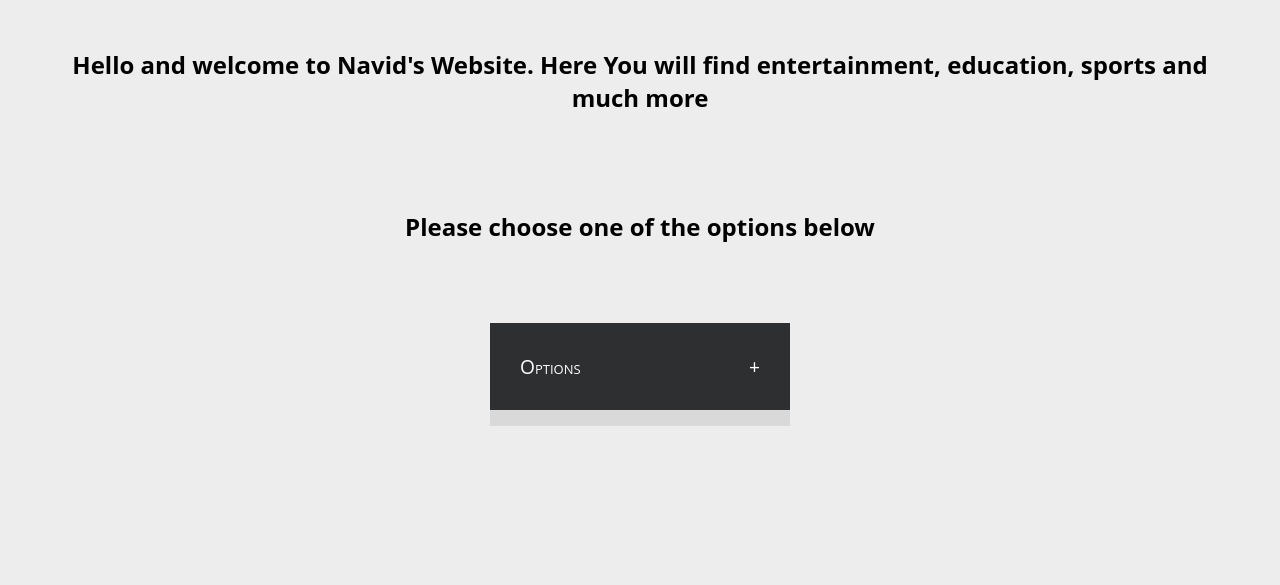
Repository: navid-amini12/capstone-1
Page: index.html
The author's editor kept a copy of each file at every save. The page is drawn from the files as they stood at one save, then again after the next save.
The browser window is 1280 px wide. The pictures show the whole page.

Above is the page before, as saved 2022-05-18 14:49:28.

After the next save:
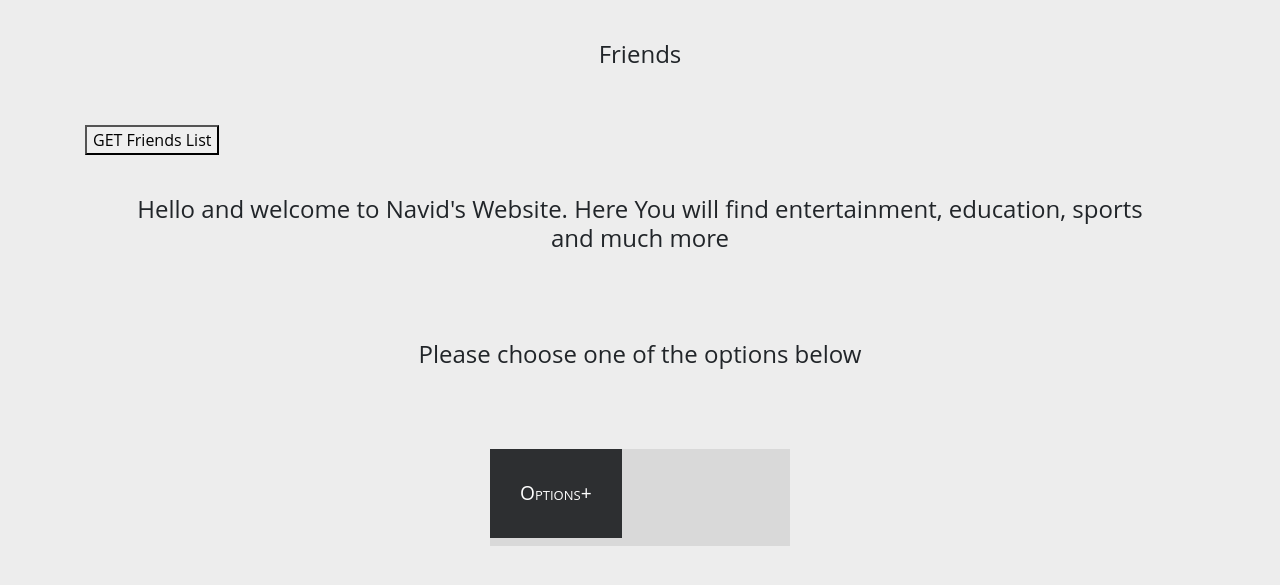
Saved 16 s later.
--- a/index.html
+++ b/index.html
@@ -1,4 +1,42 @@
 
+
+	<!DOCTYPE html>
+	<html>
+	  <head>
+		<title>Back End Web Development</title>
+		<link
+		  rel="stylesheet"
+		  type="text/css"
+		  href="//maxcdn.bootstrapcdn.com/bootstrap/4.3.1/css/bootstrap.min.css"
+		/>
+	  </head>
+	  <body class="container">
+		<h1>Friends</h1>
+		<ul id="people" class=""></ul>
+
+		<button id="button">GET Friends List</button>
+
+		<script src="https://unpkg.com/axios/dist/axios.min.js"></script>
+		<script>
+		  document.getElementById("button").onclick = function () {
+			axios
+			  .get("http://localhost:4000/api/users")
+			  .then(function (response) {
+				const data = response.data;
+				document.getElementById("people").innerHTML = data
+				  .map(function (person) {
+					return '<li class="row">' + person;
+				  })
+				  .join("");
+			  })
+			  .catch(function (err) {
+				document.getElementById("people").innerHTML =
+				  '<li class="text-danger">' + err.message + "</li>";
+			  });
+		  };
+		</script>
+	  </body>
+	</html>
 	<h1>Hello and welcome to Navid's Website. Here You will find entertainment, education, sports and much more</h1>
 
 

After the save that followed:
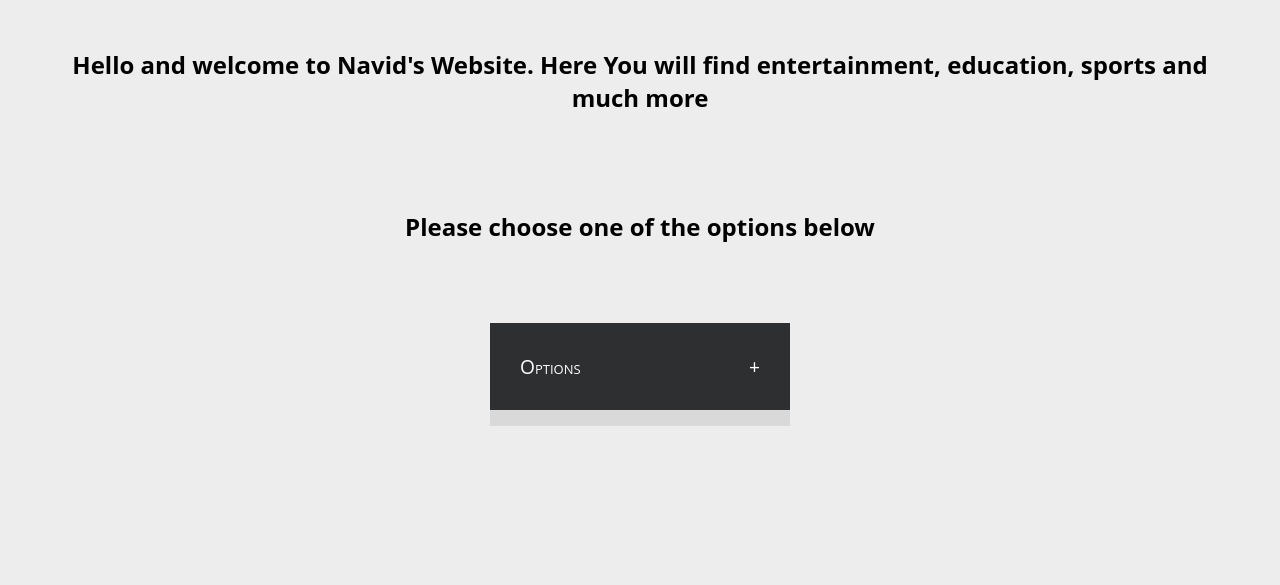
Saved 25 s later.
--- a/index.html
+++ b/index.html
@@ -1,42 +1,6 @@
 
 
-	<!DOCTYPE html>
-	<html>
-	  <head>
-		<title>Back End Web Development</title>
-		<link
-		  rel="stylesheet"
-		  type="text/css"
-		  href="//maxcdn.bootstrapcdn.com/bootstrap/4.3.1/css/bootstrap.min.css"
-		/>
-	  </head>
-	  <body class="container">
-		<h1>Friends</h1>
-		<ul id="people" class=""></ul>
 
-		<button id="button">GET Friends List</button>
-
-		<script src="https://unpkg.com/axios/dist/axios.min.js"></script>
-		<script>
-		  document.getElementById("button").onclick = function () {
-			axios
-			  .get("http://localhost:4000/api/users")
-			  .then(function (response) {
-				const data = response.data;
-				document.getElementById("people").innerHTML = data
-				  .map(function (person) {
-					return '<li class="row">' + person;
-				  })
-				  .join("");
-			  })
-			  .catch(function (err) {
-				document.getElementById("people").innerHTML =
-				  '<li class="text-danger">' + err.message + "</li>";
-			  });
-		  };
-		</script>
-	  </body>
-	</html>
 	<h1>Hello and welcome to Navid's Website. Here You will find entertainment, education, sports and much more</h1>
 
 
